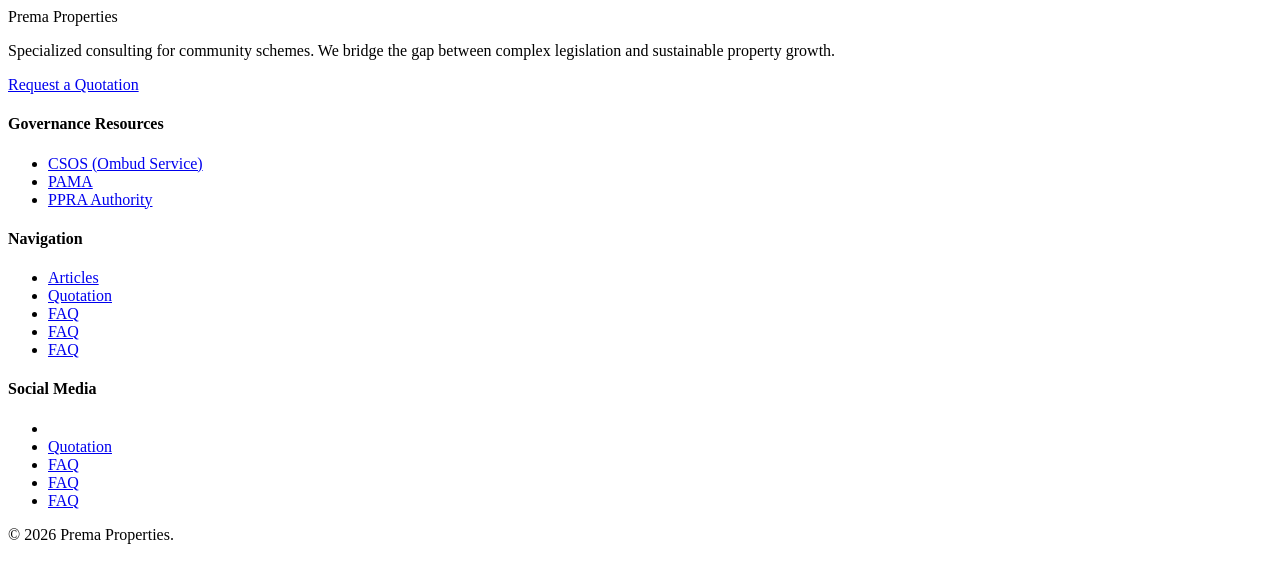
Repository: mnqobiMenzi/Prema-Properties
Page: footer.html
These files come from the project's save history. The page is drawn as it stood at one moment and after a run of saves; the edit follows.
The browser window is 1280 px wide. The pictures show the whole page.

Above is the page before, as saved 2026-02-10 12:16:15.

After the next 2 saves:
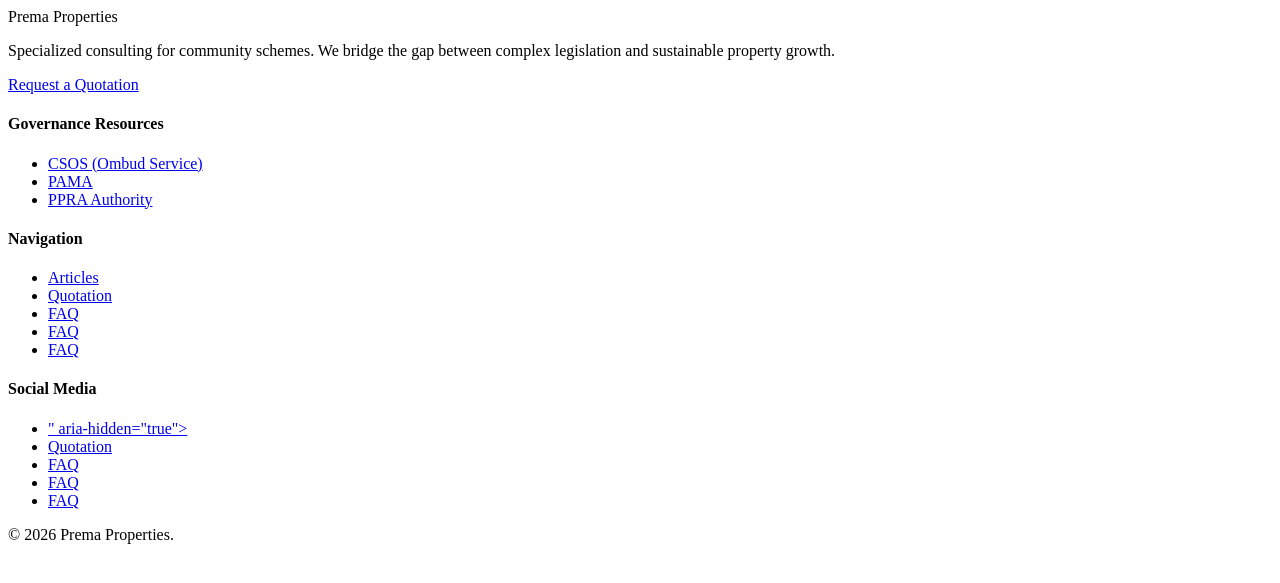
The 2 saves are shown as one change because they came seconds apart.
The last was saved 11 s later.
--- a/footer.html
+++ b/footer.html
@@ -36,7 +36,7 @@
      <div class="footer-column">
       <h4>Social Media</h4>
       <ul>
-        <li><a href="#"><i class="fa" aria-hidden="true"></i></a></li>
+        <li><a href="#"><i class="<i class="fa fa-facebook" aria-hidden="true"></i>" aria-hidden="true"></i></a></li>
         <li><a href="quote.html">Quotation</a></li>
         <li><a href="FAQ.html">FAQ</a></li>
         <li><a href="about-us.html">FAQ</a></li>

After the save that followed:
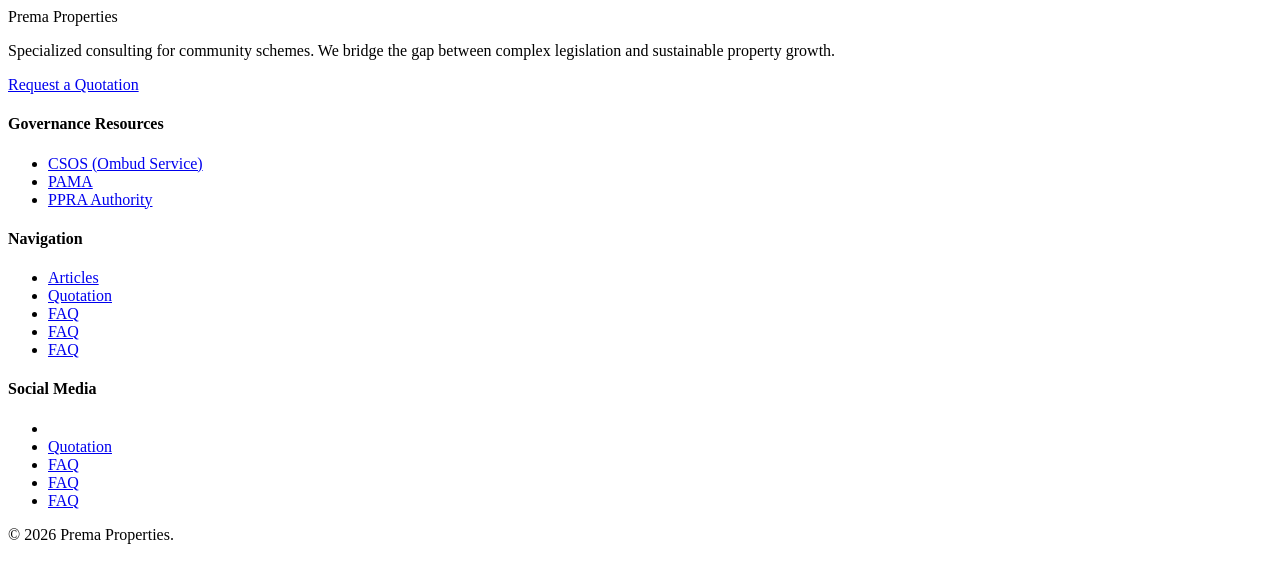
Saved 8 s later.
--- a/footer.html
+++ b/footer.html
@@ -36,7 +36,7 @@
      <div class="footer-column">
       <h4>Social Media</h4>
       <ul>
-        <li><a href="#"><i class="<i class="fa fa-facebook" aria-hidden="true"></i>" aria-hidden="true"></i></a></li>
+        <li><a href="#"><i class="<i class="fa fa-facebook" aria-hidden="true"></i></a></li>
         <li><a href="quote.html">Quotation</a></li>
         <li><a href="FAQ.html">FAQ</a></li>
         <li><a href="about-us.html">FAQ</a></li>
